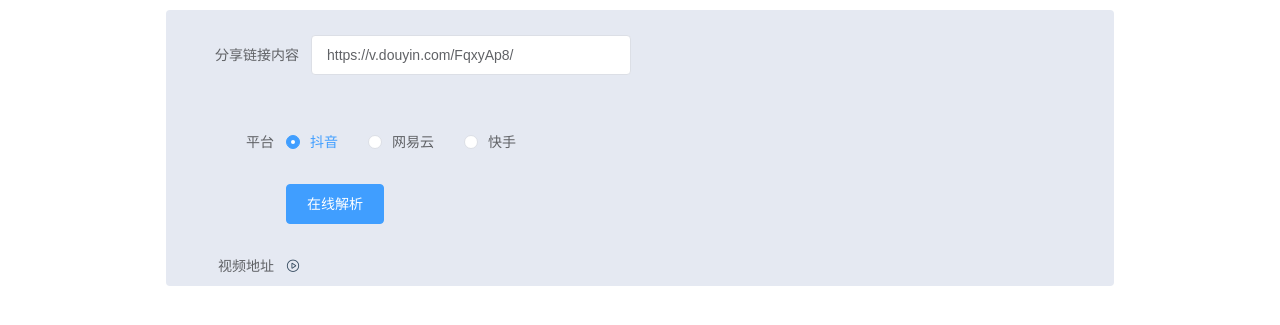
Repository: lyln/freepd
Page: / (app in frontend/freepd/)
These files come from the project's save history. The page is drawn as it stood at one moment and after the next save; the edit follows.
The browser window is 1280 px wide. The pictures show the whole page.
The project was rebuilt for these pictures with package versions that can differ from the ones it lists, and the page was loaded fresh each time.

Above is the page before, as saved 2022-05-26 09:49:08.

### frontend/freepd/index.html
<!DOCTYPE html>
<html>
  <head>
    <meta charset="utf-8">
    <meta name="viewport" content="width=device-width,initial-scale=1.0">
    <title>freepd</title>
  </head>
  <body>
    <div id="app"></div>
    <!-- built files will be auto injected -->
  </body>
</html>

### frontend/freepd/src/main.js
// The Vue build version to load with the `import` command
// (runtime-only or standalone) has been set in webpack.base.conf with an alias.
import Vue from 'vue'
import App from './App'
import router from './router'
import ElementUI from 'element-ui';
import 'element-ui/lib/theme-chalk/index.css';
import Meta from "vue-meta";

Vue.config.productionTip = false
Vue.use(ElementUI)
Vue.use(Meta);

/* eslint-disable no-new */
new Vue({
  el: '#app',
  router,
  components: { App },
  template: '<App/>'
})

### frontend/freepd/src/App.vue
<template>
	<div id="app">
		<router-view />
	</div>
</template>

<script>
export default {
	name: 'App',
}
</script>

<style>
#app {
	font-family: 'Avenir', Helvetica, Arial, sans-serif;
	-webkit-font-smoothing: antialiased;
	-moz-osx-font-smoothing: grayscale;
	text-align: center;
	/* color: #2c3e50; */
	color: #34495e;
	margin-top: 10px;
	background-color: #fff;
}
</style>

### frontend/freepd/src/components/HelloWorld.vue
<template>
	<el-row type="flex" justify="center">
		<el-col :span="18">
			<div class="grid-content bg-purple-light">
				<el-form ref="form" :model="form" label-width="120px" class="fpd-form">
					<el-form-item label="分享链接内容" style="padding: 25px;">
						<el-input v-model="form.url"></el-input>
					</el-form-item>
					<el-form-item label="平台" label-width="120px">
						<el-radio-group v-model="form.type">
							<el-radio :label="1">抖音</el-radio>
							<el-radio :label="2">网易云</el-radio>
							<el-radio :label="3">快手</el-radio>
						</el-radio-group>
					</el-form-item>
					<el-form-item>
						<el-button type="primary" @click="onSubmit">在线解析</el-button>
					</el-form-item>
					<el-form-item label="视频地址">
						<i class="el-icon-video-play"></i>
						<el-link :href="data.video.play" target="_blank">{{ data.title }}</el-link>
						<!-- {{data.video.play }} -->
					</el-form-item>
				</el-form>
			</div>
		</el-col>
	</el-row>

</template>
<script>
import axios from 'axios'
export default {
	name: 'HelloWorld',
	data() {
		return {
			msg: 'free parse download',
			form: {
				url: 'https://v.douyin.com/FqxyAp8/',
				type: 1,
			},
			data: {
				video: { play: '' },
				title: '',
			},
		}
	},
	metaInfo: {
		meta: [{ name: 'referrer', content: 'no-referrer' }],
	},
	methods: {
		onSubmit() {
			console.log('submit!')
			axios
				.post('http://127.0.0.1:8000/douyin', { url: this.form.url })
				.then((res) => {
					console.log(res.data)
					this.data = res.data
				})
				.catch((err) => {
					console.log('请求失败', err)
				})
		},
	},
}
</script>

<!-- Add "scoped" attribute to limit CSS to this component only -->
<style scoped>
h1,
h2 {
	font-weight: normal;
}
ul {
	list-style-type: none;
	padding: 0;
}
li {
	display: inline-block;
	margin: 0 10px;
}
a {
	color: #42b983;
}
.el-input {
	width: 320px;
}

.fpd-form {
	text-align: left;
}

.text {
	font-size: 14px;
}

.item {
	padding: 18px 0;
}

.box-card {
	width: 480px;
}

.el-row {
	margin-bottom: 20px;
	&:last-child {
		margin-bottom: 0;
	}
}
.el-col {
	border-radius: 4px;
}
.bg-purple-dark {
	background: #99a9bf;
}
.bg-purple {
	background-color: #bdc3c7;
}
.bg-purple-light {
	background: #e5e9f2;
}
.grid-content {
	border-radius: 4px;
	min-height: 36px;
}
.row-bg {
	padding: 10px 0;
	background-color: #f9fafc;
}
</style>

Loaded but not shown: frontend/freepd/src/router/index.js (common file)

After the next save:
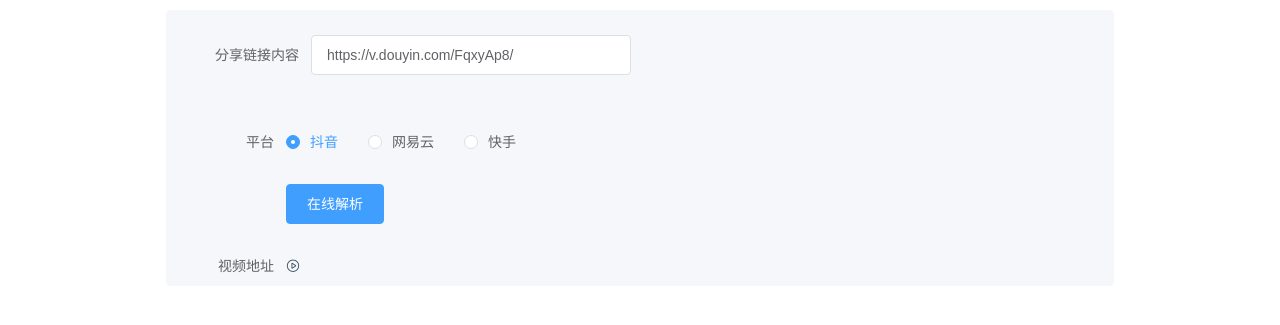
Saved 2 min 39 s later.
--- a/frontend/freepd/src/components/HelloWorld.vue
+++ b/frontend/freepd/src/components/HelloWorld.vue
@@ -110,14 +110,8 @@ a {
 .el-col {
 	border-radius: 4px;
 }
-.bg-purple-dark {
-	background: #99a9bf;
-}
-.bg-purple {
-	background-color: #bdc3c7;
-}
 .bg-purple-light {
-	background: #e5e9f2;
+	background: #f5f7fa;
 }
 .grid-content {
 	border-radius: 4px;
